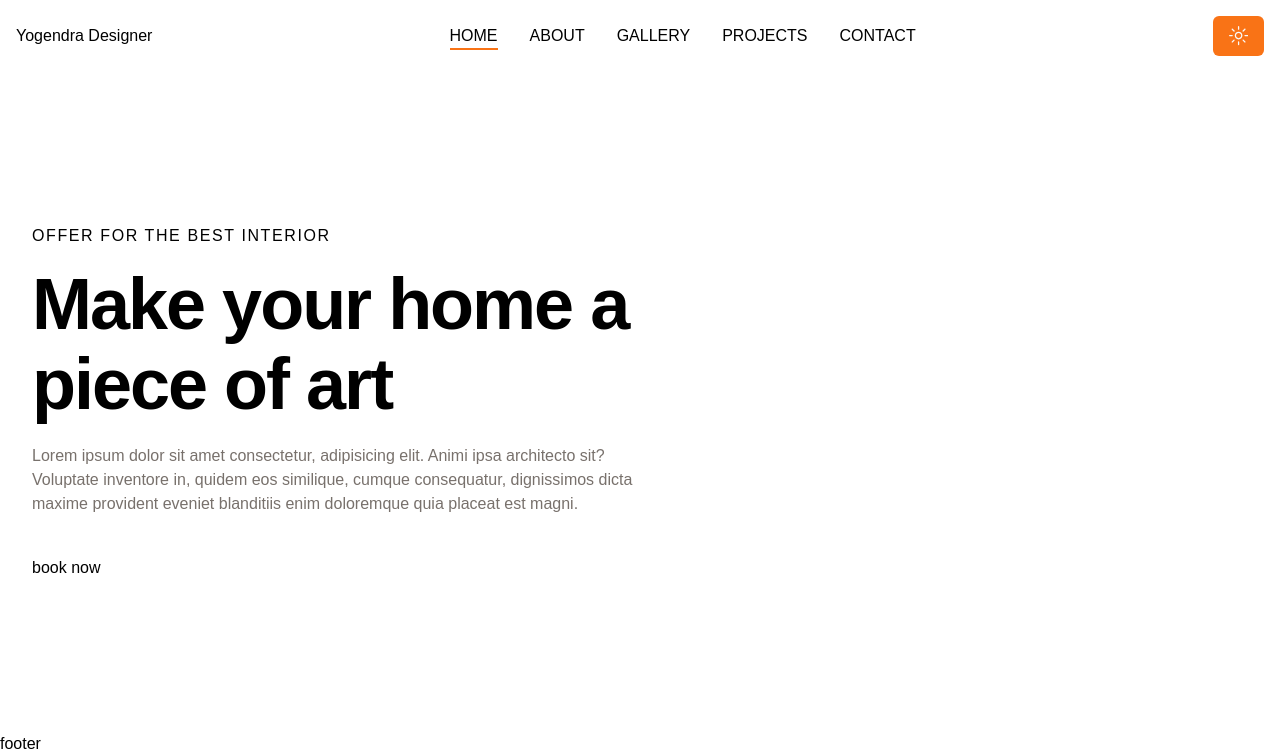
Repository: hitoutvrma/MB_designs-Interior-Designing-website
Page: /
The author's editor kept a copy of each file at every save. The page is drawn from the files as they stood at one save, then again after the next save.
The browser window is 1280 px wide. The pictures show the whole page.
The project was rebuilt for these pictures with package versions that can differ from the ones it lists, and the page was loaded fresh each time. The framework's server and built-in components were replaced by stand-ins that run in the browser. Also part of the build but not shown: next.config.mjs.

Above is the page before, as saved 2024-09-13 16:32:34.

### app/layout.js
import localFont from "next/font/local";
import { Sen } from "next/font/google";
import "./globals.css";
import Header from "@/components/ui/Header";
import Footer from "@/components/ui/Footer";
import { ThemeProvider } from "@/components/ThemeProvider";

const josef = Sen({
  subsets:["latin"],
  weight:["400","500","600","700"],
  display:"swap"
})

// const geistSans = localFont({
//   src: "./fonts/GeistVF.woff",
//   variable: "--font-geist-sans",
//   weight: "100 900",
// });
// const geistMono = localFont({
//   src: "./fonts/GeistMonoVF.woff",
//   variable: "--font-geist-mono",
//   weight: "100 900",
// });

export const metadata = {
  title: "Create Next App",
  description: "Generated by create next app",
};

export default function RootLayout({ children }) {
  return (
    <html lang="en" suppressHydrationWarning>
      <body
        className={`${josef.variable} ${josef.variable} antialiased`}
      >
        <ThemeProvider attribute='class' defaultTheme='light'>

        <Header/>
        {children}
        <Footer/>
        </ThemeProvider>
      </body>
    </html>
  );
}

### app/page.js
import HeroSection from "@/components/ui/HeroSection";
import Image from "next/image";

export default function Home() {
  return (
    <main>
      <HeroSection/>
      </main>
  );
}

### app/globals.css
@tailwind base;
@tailwind components;
@tailwind utilities;


body {
  color: var(--foreground);
  background: var(--background);
  font-family: Arial, Helvetica, sans-serif;
}

@layer utilities {
  .text-balance {
    text-wrap: balance;
  }
}


@layer base {
  :root {
    --background: 0 0% 100%;
    --foreground: 20 14.3% 4.1%;
    --card: 0 0% 100%;
    --card-foreground: 20 14.3% 4.1%;
    --popover: 0 0% 100%;
    --popover-foreground: 20 14.3% 4.1%;
    --primary: 24.6 95% 53.1%;
    --primary-foreground: 60 9.1% 97.8%;
    --secondary: 60 4.8% 95.9%;
    --secondary-foreground: 24 9.8% 10%;
    --muted: 60 4.8% 95.9%;
    --muted-foreground: 25 5.3% 44.7%;
    --accent: 60 4.8% 95.9%;
    --accent-foreground: 24 9.8% 10%;
    --destructive: 0 84.2% 60.2%;
    --destructive-foreground: 60 9.1% 97.8%;
    --border: 20 5.9% 90%;
    --input: 20 5.9% 90%;
    --ring: 24.6 95% 53.1%;
    --radius: 0.5rem;
    --chart-1: 12 76% 61%;
    --chart-2: 173 58% 39%;
    --chart-3: 197 37% 24%;
    --chart-4: 43 74% 66%;
    --chart-5: 27 87% 67%;
  }

  .dark {
    --background: 20 14.3% 4.1%;
    --foreground: 60 9.1% 97.8%;
    --card: 20 14.3% 4.1%;
    --card-foreground: 60 9.1% 97.8%;
    --popover: 20 14.3% 4.1%;
    --popover-foreground: 60 9.1% 97.8%;
    --primary: 20.5 90.2% 48.2%;
    --primary-foreground: 60 9.1% 97.8%;
    --secondary: 12 6.5% 15.1%;
    --secondary-foreground: 60 9.1% 97.8%;
    --muted: 12 6.5% 15.1%;
    --muted-foreground: 24 5.4% 63.9%;
    --accent: 12 6.5% 15.1%;
    --accent-foreground: 60 9.1% 97.8%;
    --destructive: 0 72.2% 50.6%;
    --destructive-foreground: 60 9.1% 97.8%;
    --border: 12 6.5% 15.1%;
    --input: 12 6.5% 15.1%;
    --ring: 20.5 90.2% 48.2%;
    --chart-1: 220 70% 50%;
    --chart-2: 160 60% 45%;
    --chart-3: 30 80% 55%;
    --chart-4: 280 65% 60%;
    --chart-5: 340 75% 55%;
  }
}



@layer base {
  * {
    @apply border-border;
  }
  body {
    @apply bg-background text-foreground;
  }
}

.h1{
  @apply text-6xl xl:text-[72px] xl:leading-[80px] tracking-[-2px] font-bold mb-5 mt-4;
}

### components/ui/Header.jsx
'use client';
import React from 'react'
 import ThemeToggler from '../ThemeToggler'
import MobileNavigation from './MobileNavigation';
import Nav from './Nav';
const Header = () => {
  return (
    <div className='flex justify-between p-4 items-center '>
      <div>Yogendra Designer</div>
      <Nav containerStyles='hidden xl:flex gap-8 items-center' linkStyles='relative hover:text-primary transition-all' underlineStyles ='absolute left-0 top-full h-[2px] bg-primary w-full'
      />
      <div className='flex gap-2 items-center'>

      <ThemeToggler/>
      <div className='xl:hidden'>

      <MobileNavigation/>
      </div>
      </div>
    </div>
  )
}

export default Header

### components/ThemeProvider.jsx
'use client';

import { ThemeProvider as NextThemesProvider } from "next-themes";

export function ThemeProvider({ children, ...props }) {
    return <NextThemesProvider {...props}>
        { children }
    </NextThemesProvider>
}

### components/ui/HeroSection.jsx
import { Button } from "./button";
import { } from "react-icons/tb";
const HeroSection = () => {
  return (
    <div className='container py-12 xl:py-24 px-8 h-[auto] text-center lg:py-0 lg:text-left lg:flex lg:justify-between'>
      <div className='lg:w-1/2 xl:py-14 lg:py-8'>
        <p className='tracking-widest uppercase'>Offer for the best interior</p>
        <h1 className='h1'>
        Make your home a <br/>piece of art
      </h1>
      <p className='pb-6 text-muted-foreground xl:pb-10'>
        Lorem ipsum dolor sit amet consectetur, adipisicing elit. Animi ipsa architecto sit? Voluptate inventore in, quidem eos similique, cumque consequatur, dignissimos dicta maxime provident eveniet blanditiis enim doloremque quia placeat est magni.
      </p>
      <button>
        book now
      </button>
      </div>
      <div className='w-1/2'>

      </div>
    </div>
  )
}

export default HeroSection

### components/ThemeToggler.jsx
import { Button } from "./ui/button";
import { useTheme } from "next-themes";
import { SunIcon, MoonIcon } from "@radix-ui/react-icons";

const ThemeToggler = () => {
    const { theme, setTheme } = useTheme();

  return (
    <div>
      <Button  onClick={()=>setTheme(theme==='dark'?'light':'dark')}>
        <SunIcon className="h-[1.2rem] w-[1.2rem] scale-100 rotate-0 transition-all dark:rotate-90 dark:scale-0"/>
        <MoonIcon className="w-[1rem] absolute scale-0 rotate-90 transition-all dark:rotate-0 dark:scale-100"/>
      </Button>
    </div>
  )
}

export default ThemeToggler

### components/ui/MobileNavigation.jsx
import React from 'react'

import {Sheet, SheetContent, SheetTrigger} from '@/components/ui/sheet';
import Nav from './Nav';
import { AlignJustify } from 'lucide-react';

const MobileNavigation = () => {
  return (
    <Sheet>
        <SheetTrigger asChild>
            <AlignJustify className='cursor-pointer'/>
        </SheetTrigger>
        <SheetContent>
            <div className='p-3 flex flex-col items-center'>
                <div>
                    <div>Yogendra designer</div>
                    <Nav containerStyles='flex flex-col items-center gap-y-2' linkStyles='text-1xl '/>
                </div>
            </div>
        </SheetContent>
    </Sheet>
  )
}

export default MobileNavigation

### components/ui/Nav.jsx
//Hooks

import { usePathname } from "next/navigation";
import { motion } from "framer-motion";
import Link from "next/link";

const links = [
    {
        path:'/',name:'home'
    },
    {
        path:'/about',name:'about'
    },
    {
        path:'/gallery',name:'gallery'
    },
    {
        path:'/projects',name:'projects'
    },
    {
        path:'/contact',name:'contact'
    },
]
const Nav = ({ containerStyles, linkStyles, underlineStyles } ) => {

    const path = usePathname();
  return (
    <div className={`${containerStyles}`} >
        {
            links.map((link,index) =>{
                return(
                    <Link href={link.path}
                    key={index} className={`uppercase ${linkStyles}`}>
                        {link.path===path && (
                            <motion.span
                            initial={{y:'-100%'}}
                            animate={{y:0}}
                            transition={{ type:'tween'}}
                            layoutId="underline"
                            className={`${underlineStyles}`}
                            />
                        )}
                        {link.name}

                    </Link>
                )
            })
        }
      </div>
  )
}

export default Nav

### components/ui/button.jsx
import * as React from "react"
import { Slot } from "@radix-ui/react-slot"
import { cva } from "class-variance-authority";

import { cn } from "@/lib/utils"

const buttonVariants = cva(
  "inline-flex items-center justify-center whitespace-nowrap rounded-md text-sm font-medium ring-offset-background transition-colors focus-visible:outline-none focus-visible:ring-2 focus-visible:ring-ring focus-visible:ring-offset-2 disabled:pointer-events-none disabled:opacity-50",
  {
    variants: {
      variant: {
        default: "bg-primary text-primary-foreground hover:bg-primary/90",
        destructive:
          "bg-destructive text-destructive-foreground hover:bg-destructive/90",
        outline:
          "border border-input bg-background hover:bg-accent hover:text-accent-foreground",
        secondary:
          "bg-secondary text-secondary-foreground hover:bg-secondary/80",
        ghost: "hover:bg-accent hover:text-accent-foreground",
        link: "text-primary underline-offset-4 hover:underline",
      },
      size: {
        default: "h-10 px-4 py-2",
        sm: "h-9 rounded-md px-3",
        lg: "h-11 rounded-md px-8",
        icon: "h-10 w-10",
      },
    },
    defaultVariants: {
      variant: "default",
      size: "default",
    },
  }
)

const Button = React.forwardRef(({ className, variant, size, asChild = false, ...props }, ref) => {
  const Comp = asChild ? Slot : "button"
  return (
    (<Comp
      className={cn(buttonVariants({ variant, size, className }))}
      ref={ref}
      {...props} />)
  );
})
Button.displayName = "Button"

export { Button, buttonVariants }

### components/ui/sheet.jsx
"use client";
import * as React from "react"
import * as SheetPrimitive from "@radix-ui/react-dialog"
import { cva } from "class-variance-authority";
import { X } from "lucide-react"

import { cn } from "@/lib/utils"

const Sheet = SheetPrimitive.Root

const SheetTrigger = SheetPrimitive.Trigger

const SheetClose = SheetPrimitive.Close

const SheetPortal = SheetPrimitive.Portal

const SheetOverlay = React.forwardRef(({ className, ...props }, ref) => (
  <SheetPrimitive.Overlay
    className={cn(
      "fixed inset-0 z-50 bg-black/80  data-[state=open]:animate-in data-[state=closed]:animate-out data-[state=closed]:fade-out-0 data-[state=open]:fade-in-0",
      className
    )}
    {...props}
    ref={ref} />
))
SheetOverlay.displayName = SheetPrimitive.Overlay.displayName

const sheetVariants = cva(
  "fixed z-50 gap-4 bg-background p-6 shadow-lg transition ease-in-out data-[state=open]:animate-in data-[state=closed]:animate-out data-[state=closed]:duration-300 data-[state=open]:duration-500",
  {
    variants: {
      side: {
        top: "inset-x-0 top-0 border-b data-[state=closed]:slide-out-to-top data-[state=open]:slide-in-from-top",
        bottom:
          "inset-x-0 bottom-0 border-t data-[state=closed]:slide-out-to-bottom data-[state=open]:slide-in-from-bottom",
        left: "inset-y-0 left-0 h-full w-3/4 border-r data-[state=closed]:slide-out-to-left data-[state=open]:slide-in-from-left sm:max-w-sm",
        right:
          "inset-y-0 right-0 h-full w-3/4  border-l data-[state=closed]:slide-out-to-right data-[state=open]:slide-in-from-right sm:max-w-sm",
      },
    },
    defaultVariants: {
      side: "right",
    },
  }
)

const SheetContent = React.forwardRef(({ side = "right", className, children, ...props }, ref) => (
  <SheetPortal>
    <SheetOverlay />
    <SheetPrimitive.Content ref={ref} className={cn(sheetVariants({ side }), className)} {...props}>
      {children}
      <SheetPrimitive.Close
        className="absolute right-4 top-4 rounded-sm opacity-70 ring-offset-background transition-opacity hover:opacity-100 focus:outline-none focus:ring-2 focus:ring-ring focus:ring-offset-2 disabled:pointer-events-none data-[state=open]:bg-secondary">
        <X className="h-4 w-4" />
        <span className="sr-only">Close</span>
      </SheetPrimitive.Close>
    </SheetPrimitive.Content>
  </SheetPortal>
))
SheetContent.displayName = SheetPrimitive.Content.displayName

const SheetHeader = ({
  className,
  ...props
}) => (
  <div
    className={cn("flex flex-col space-y-2 text-center sm:text-left", className)}
    {...props} />
)
SheetHeader.displayName = "SheetHeader"

const SheetFooter = ({
  className,
  ...props
}) => (
  <div
    className={cn("flex flex-col-reverse sm:flex-row sm:justify-end sm:space-x-2", className)}
    {...props} />
)
SheetFooter.displayName = "SheetFooter"

const SheetTitle = React.forwardRef(({ className, ...props }, ref) => (
  <SheetPrimitive.Title
    ref={ref}
    className={cn("text-lg font-semibold text-foreground", className)}
    {...props} />
))
SheetTitle.displayName = SheetPrimitive.Title.displayName

const SheetDescription = React.forwardRef(({ className, ...props }, ref) => (
  <SheetPrimitive.Description
    ref={ref}
    className={cn("text-sm text-muted-foreground", className)}
    {...props} />
))
SheetDescription.displayName = SheetPrimitive.Description.displayName

export {
  Sheet,
  SheetPortal,
  SheetOverlay,
  SheetTrigger,
  SheetClose,
  SheetContent,
  SheetHeader,
  SheetFooter,
  SheetTitle,
  SheetDescription,
}

Loaded but not shown: components/ui/Footer.jsx (common file); lib/utils.js (common file); tailwind.config.js (common file)

After the next save:
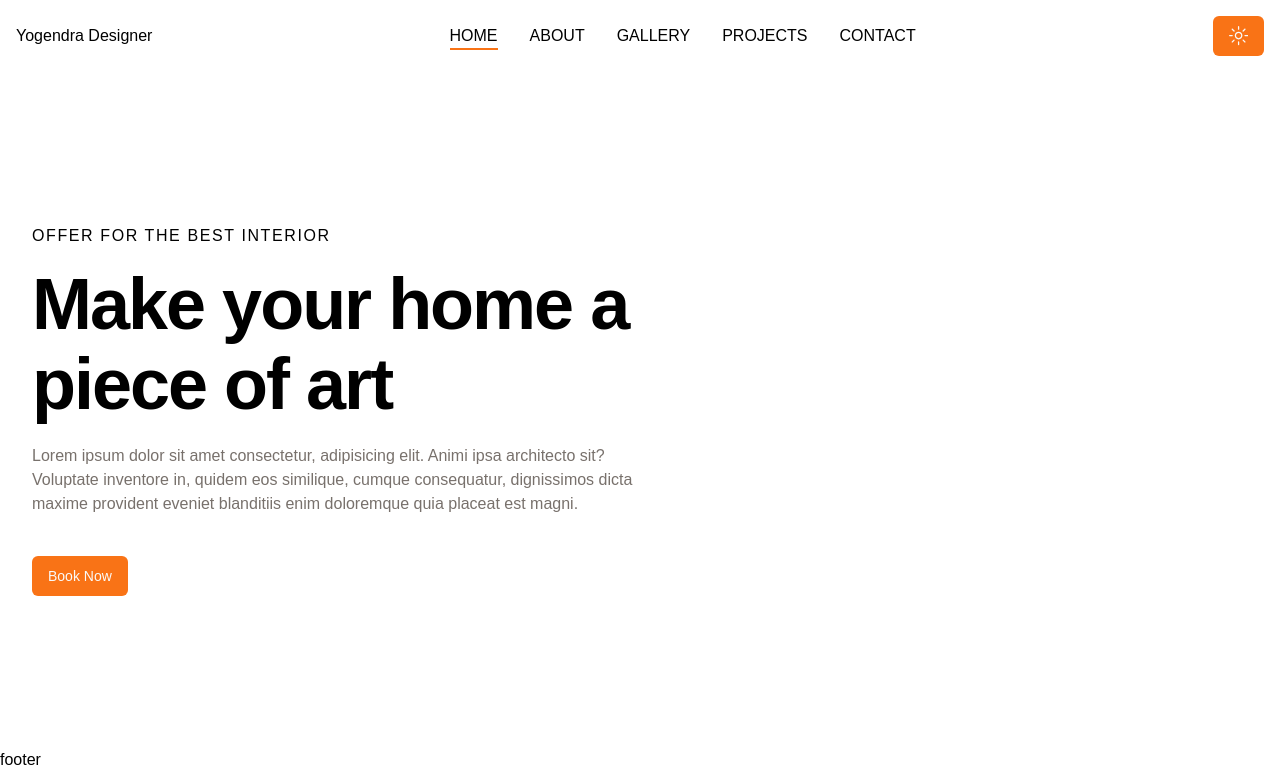
Saved 25 s later.
--- a/components/ui/HeroSection.jsx
+++ b/components/ui/HeroSection.jsx
@@ -11,9 +11,9 @@ const HeroSection = () => {
       <p className='pb-6 text-muted-foreground xl:pb-10'>
         Lorem ipsum dolor sit amet consectetur, adipisicing elit. Animi ipsa architecto sit? Voluptate inventore in, quidem eos similique, cumque consequatur, dignissimos dicta maxime provident eveniet blanditiis enim doloremque quia placeat est magni.
       </p>
-      <button>
-        book now
-      </button>
+      <Button>
+        Book Now
+      </Button>
       </div>
       <div className='w-1/2'>
 
